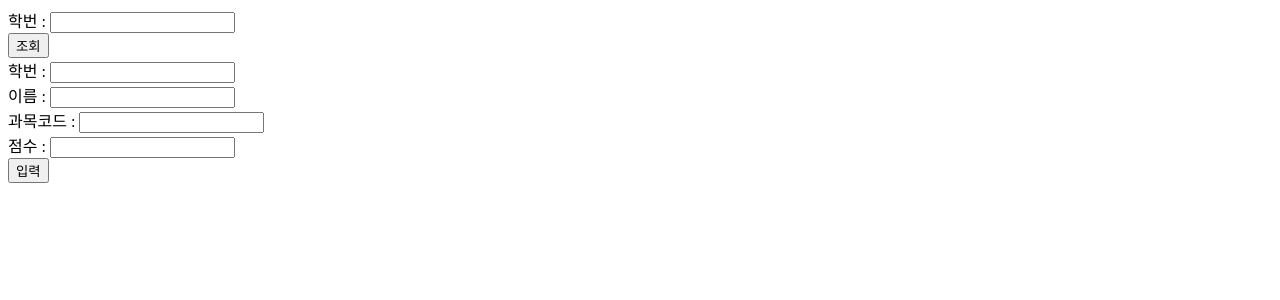
Repository: GitOnibi/jsp
Page: http://localhost/JSPprojec/school/sore_input2.jsp
These files come from the project's save history. The page is drawn as it stood at one moment and after the next save; the edit follows.
The browser window is 1280 px wide. The pictures show the whole page.
The page is served by Tomcat 9.

Above is the page before, as saved 2019-01-09 11:16:11.

After the next save:
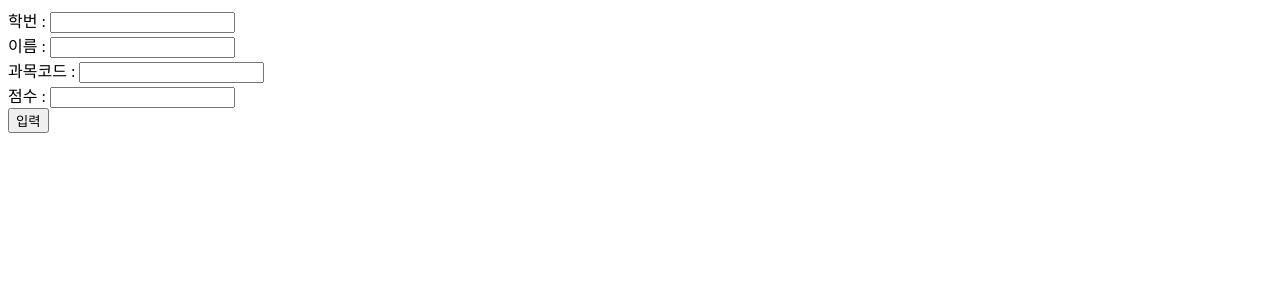
Saved 13 s later.
--- a/JSPprojec/WebContent/school/sore_input2.jsp
+++ b/JSPprojec/WebContent/school/sore_input2.jsp
@@ -8,10 +8,6 @@
 <title>Insert title here</title>
 </head>
 <body>
-	<form id="frm1">
-		학번 : <input type="number" name="stu_num" id="stu_num1"/><br />
-		<input type="button" value="조회" onclick="ref();"/>
-	</form>
 	<form action="score_check.jsp" method="GET">
 		학번 : <input type="number" name="stu_num" id="stu_num2"/><br />
 		이름 : <input type="text" name="stu_name" id="stu_name"/><br />
